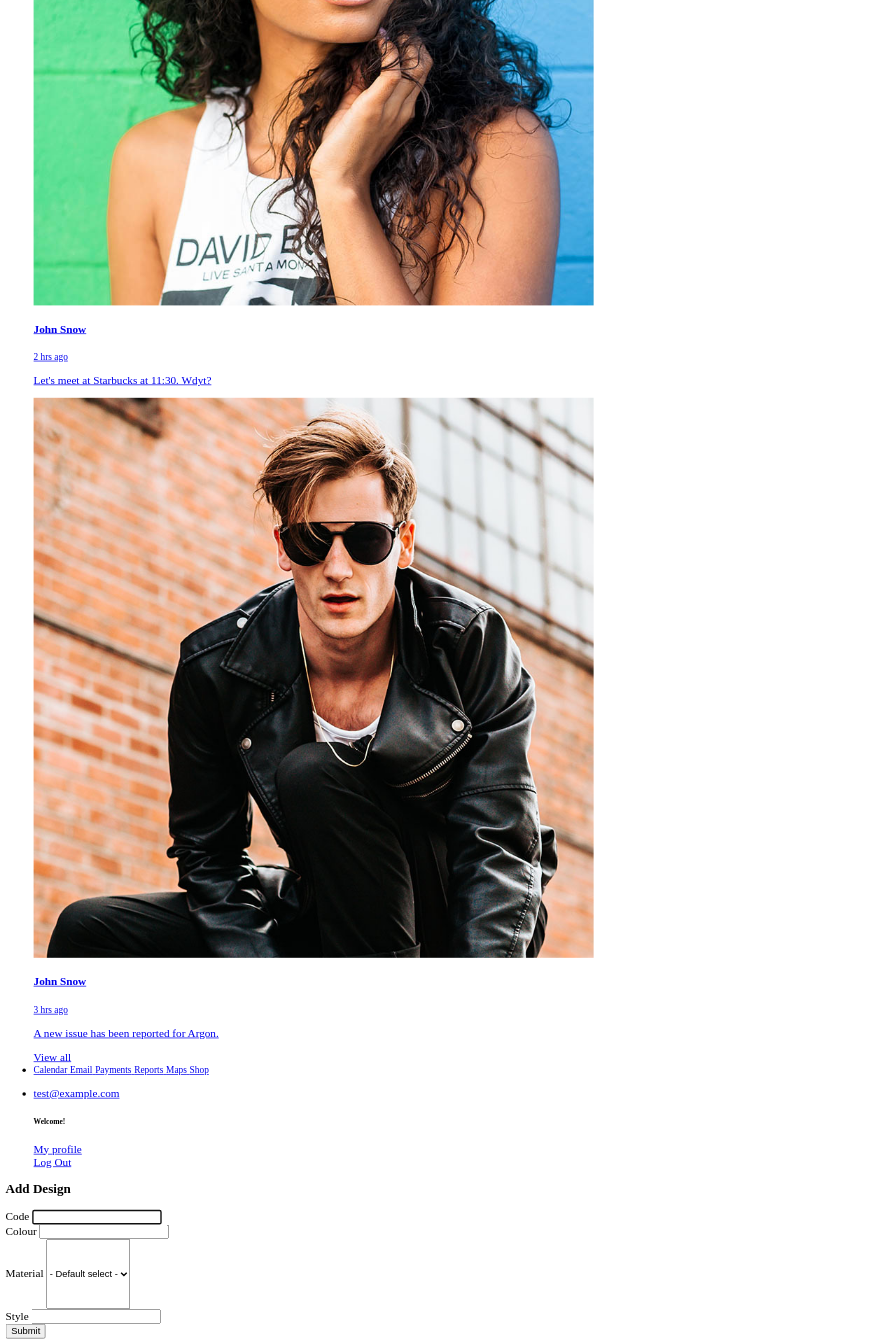
Repository: amirulaizat2004/tailorsystem-internship
Page: resources/views/design/create.blade.php
An editor plug-in stored every save of this project. The page is shown before and after the next save, followed by the edit.
The browser window is 1280 px wide. The pictures show the part of the page from y = 3666 to 5586 px (the page is 5586 px tall before and 5505 px after), at 70% of full size.
Some web libraries are served in a nearby version. The page is served by the project's Laravel application, run on PHP 8.4 with Laravel 8. A made-up administrator, Test User (test@example.com), is signed in. Other server files are loaded and not shown. The template is opened directly, without the code that normally fills it, so the values that code supplies are empty.

Above is the page before, as saved 2021-10-27 15:10:57.
Console error: ReferenceError: jQuery is not defined

### routes/web.php
<?php

use App\Models\Customer;
use Illuminate\Http\Request;
use Illuminate\Support\Facades\Route;
use App\Http\Controllers\OrderController;
use App\Http\Controllers\DesignController;
use App\Http\Controllers\MeasureController;
use App\Http\Controllers\CustomerController;
use App\Http\Controllers\DashboardController;
use Illuminate\Routing\Route as RoutingRoute;

/*
|--------------------------------------------------------------------------
| Web Routes
|--------------------------------------------------------------------------
|
| Here is where you can register web routes for your application. These
| routes are loaded by the RouteServiceProvider within a group which
| contains the "web" middleware group. Now create something great!
|
*/

Route::get('/', function () {
    return view('welcome');
});

Route::get('/dashboard', function () {
    return view('dashboard');
})->middleware(['auth'])->name('dashboard');

Route::get('/dashboardtailor', [DashboardController::class, 'index'])->middleware(['auth'])->name('dashboardtailor');

Route::get('fullcalendar', [DashboardController::class, 'fullcalendar'])->middleware(['auth'])->name('fullcalendar');

Route::resource('customer', CustomerController::class)->middleware(['auth']);
Route::get('createcust', [CustomerController::class, 'create'])->middleware(['auth'])->name('createcust');
Route::get('indexcust', [CustomerController::class, 'index'])->middleware(['auth'])->name('indexcust');

Route::resource('design', DesignController::class)->middleware(['auth']);
Route::get('designcreate/{id}', [DesignController::class, 'create'])->middleware(['auth'])->name('designcreate');
Route::get('designadd/{id}', [DesignController::class, 'add'])->middleware(['auth'])->name('designadd');

Route::resource('measure', MeasureController::class)->middleware(['auth']);
Route::get('measurecreate/{id}', [MeasureController::class, 'create'])->middleware(['auth'])->name('measurecreate');
Route::post('measure-store', [MeasureController::class, 'store'])->middleware(['auth'])->name('measurestore');

Route::resource('order', OrderController::class)->middleware(['auth']);
Route::get('ordercreate/{id}', [OrderController::class, 'create'])->middleware(['auth'])->name('ordercreate');
Route::get('ordershow/{id}', [OrderController::class, 'show'])->middleware(['auth'])->name('ordershow');
Route::get('orderstatus/{id}', [OrderController::class, 'status'])->middleware(['auth'])->name('orderstatus');
Route::put('updatestatus/{id}', [OrderController::class, 'updatestatus'])->middleware(['auth'])->name('updatestatus');

Route::get('add', [CustomerController::class, 'add'])->name('add');

require __DIR__.'/auth.php';

### routes/auth.php
<?php

use App\Http\Controllers\Auth\AuthenticatedSessionController;
use App\Http\Controllers\Auth\ConfirmablePasswordController;
use App\Http\Controllers\Auth\EmailVerificationNotificationController;
use App\Http\Controllers\Auth\EmailVerificationPromptController;
use App\Http\Controllers\Auth\NewPasswordController;
use App\Http\Controllers\Auth\PasswordResetLinkController;
use App\Http\Controllers\Auth\RegisteredUserController;
use App\Http\Controllers\Auth\VerifyEmailController;
use Illuminate\Support\Facades\Route;

Route::get('/register', [RegisteredUserController::class, 'create'])
                ->middleware('auth')
                ->name('register');

Route::post('/register', [RegisteredUserController::class, 'store'])
                ->middleware('auth');

Route::get('/login', [AuthenticatedSessionController::class, 'create'])
                ->middleware('guest')
                ->name('login');

Route::post('/login', [AuthenticatedSessionController::class, 'store'])
                ->middleware('guest');

Route::get('/forgot-password', [PasswordResetLinkController::class, 'create'])
                ->middleware('guest')
                ->name('password.request');

Route::post('/forgot-password', [PasswordResetLinkController::class, 'store'])
                ->middleware('guest')
                ->name('password.email');

Route::get('/reset-password/{token}', [NewPasswordController::class, 'create'])
                ->middleware('guest')
                ->name('password.reset');

Route::post('/reset-password', [NewPasswordController::class, 'store'])
                ->middleware('guest')
                ->name('password.update');

Route::get('/verify-email', [EmailVerificationPromptController::class, '__invoke'])
                ->middleware('auth')
                ->name('verification.notice');

Route::get('/verify-email/{id}/{hash}', [VerifyEmailController::class, '__invoke'])
                ->middleware(['auth', 'signed', 'throttle:6,1'])
                ->name('verification.verify');

Route::post('/email/verification-notification', [EmailVerificationNotificationController::class, 'store'])
                ->middleware(['auth', 'throttle:6,1'])
                ->name('verification.send');

Route::get('/confirm-password', [ConfirmablePasswordController::class, 'show'])
                ->middleware('auth')
                ->name('password.confirm');

Route::post('/confirm-password', [ConfirmablePasswordController::class, 'store'])
                ->middleware('auth');

Route::post('/logout', [AuthenticatedSessionController::class, 'destroy'])
                ->middleware('auth')
                ->name('logout');

### resources/views/design/create.blade.php
@extends('layout.app')


@section('content')

<div class="card">

  <div class="card-header">
    <h3 class="mb-0">Add Design</h3>
  </div>

<form method="post" action="{{ route('design.store') }}">
    @csrf

<div class="col-lg-11 ml-4 mt-3 mb-3">
    <div class="form-group">
        <label for="code">Code</label>
        <input type="text" class="form-control @error('code') is-invalid @enderror"
        id="code" name="code" required autofocus readonly value="{{ $codes }}">
      </div>

    <div class="form-group">
      <label for="color">Colour</label>
      <input type="text" class="form-control @error('color') is-invalid @enderror"
      id="color"  name="color" value="{{ old('color') }}">
    </div>

    <div class="form-group">
      <label for="material">Material</label>
      <select class="form-select form-select-lg mb-3" style="height: 100px;" id="material" name="material">
        <option value="">- Default select -</option>
        <option value="Cotton"> Cotton </option>
        <option value="Jacquard"> Jacquard </option>
        <option value="Crepe"> Crepe </option>
        <option value="Rayon"> Rayon </option>
        <option value="Chiffon"> Chiffon </option>
        <option value="Satin"> Satin </option>
      </select>
    </div>

    <div class="form-group">
        <label for="style">Style</label>
        <input class="form-control @error('style') is-invalid @enderror" list="browsers" id="style" name="style" autocomplete="off">
        <datalist name="style" id="browsers">
        <option value="Baju Melayu Cekak Musang">Baju Melayu Cekak Musang</option>
        <option value="Baju Melayu Teluk Belanga">Baju Melayu Teluk Belanga</option>
        </datalist>
    </div>

    <button type="submit" class="btn btn-primary">Submit</button>

  </div>
  </form>

</div>
@endsection

@section('scripts')
<script>
 $(document).ready(function() {
    $('#material').select2();
});
</script>

@endsection

Loaded but not shown: app/Models/User.php (common file); resources/views/layout/app.blade.php (422 lines, source omitted)

After the next save:
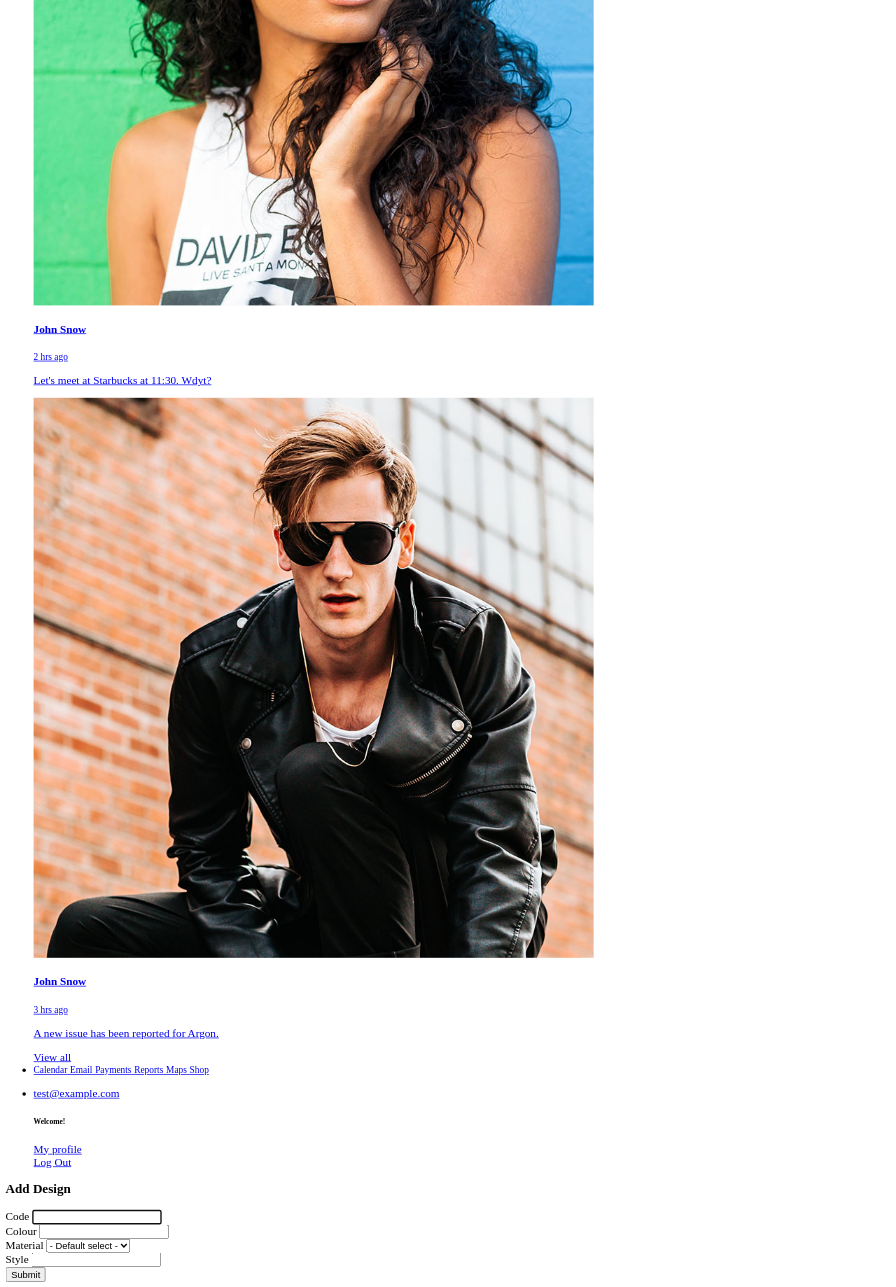
Saved 5 s later.
--- a/resources/views/design/create.blade.php
+++ b/resources/views/design/create.blade.php
@@ -27,7 +27,7 @@
 
     <div class="form-group">
       <label for="material">Material</label>
-      <select class="form-select form-select-lg mb-3" style="height: 100px;" id="material" name="material">
+      <select class="form-select form-select-lg mb-3" id="material" name="material">
         <option value="">- Default select -</option>
         <option value="Cotton"> Cotton </option>
         <option value="Jacquard"> Jacquard </option>
